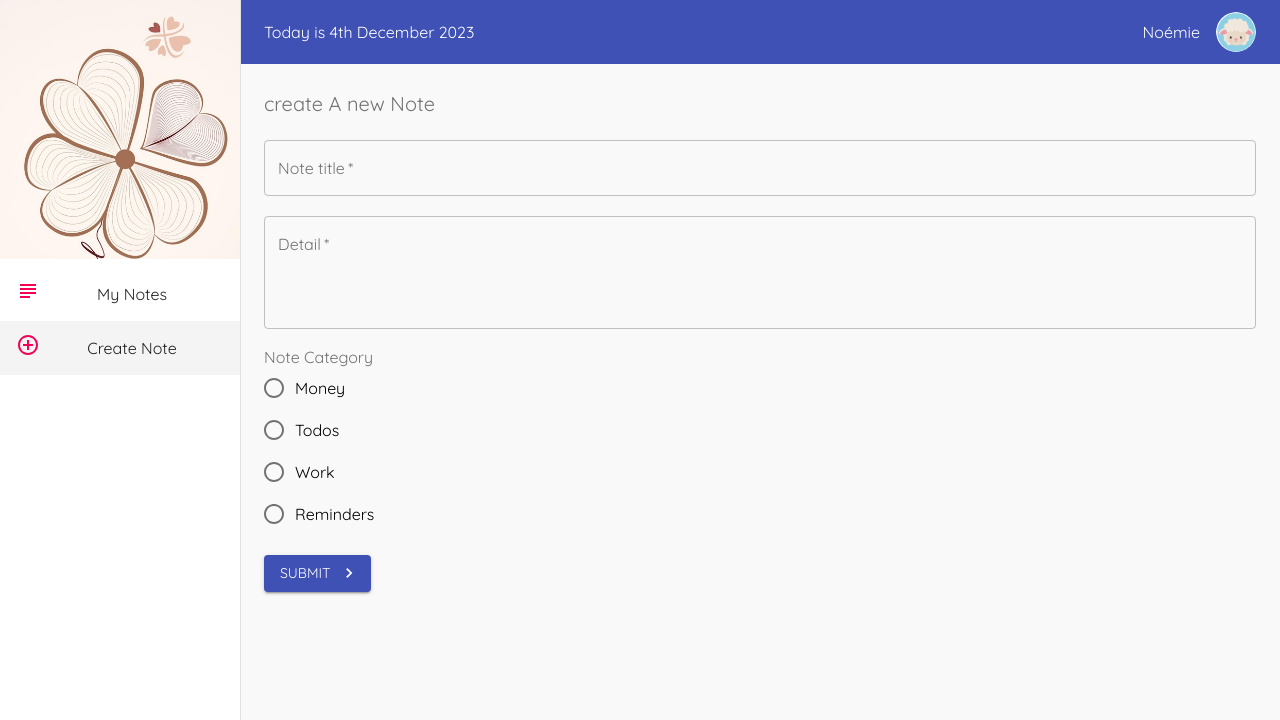
Repository: noemiepham/noemieblognote
Page: /create
The author's editor kept a copy of each file at every save. The page is drawn from the files as they stood at one save, then again after the next save.
The browser window is 1280 px wide. The pictures show the whole page.
The project was rebuilt for these pictures with package versions that can differ from the ones it lists, and the page was loaded fresh each time. Also part of the build but not shown: src/components/NoteCard.js, src/pages/Notes.js.

Above is the page before, as saved 2023-12-08 15:50:31.

### public/index.html
<!DOCTYPE html>
<html lang="en">

<head>
  <meta charset="utf-8" />
  <meta name="viewport" content="width=device-width, initial-scale=1" />
  <meta name="theme-color" content="#000000" />
  <meta name="description" content="Web site created using create-react-app" />

  <link rel="stylesheet" href="https://fonts.googleapis.com/css?family=Roboto:300,400,500,700&display=swap" />
  <title>Material UI</title>
</head>

<body>
  <noscript>You need to enable JavaScript to run this app.</noscript>
  <div id="root"></div>
  <!--
      This HTML file is a template.
      If you open it directly in the browser, you will see an empty page.

      You can add webfonts, meta tags, or analytics to this file.
      The build step will place the bundled scripts into the <body> tag.

      To begin the development, run `npm start` or `yarn start`.
      To create a production bundle, use `npm run build` or `yarn build`.
    -->
</body>

</html>

### src/index.css
@import url('https://fonts.googleapis.com/css2?family=Open+Sans:ital,wght@0,400;1,300&family=Quicksand&display=swap');


body {
     margin: 0;
     -webkit-font-smoothing: antialiased;
     -moz-osx-font-smoothing: grayscale;
     background: #f9f9f9;
}

.my-masonry-grid {
     display: -webkit-box;
     /* Not needed if autoprefixing */
     display: -ms-flexbox;
     /* Not needed if autoprefixing */
     display: flex;
     margin-left: -20px;
     /* gutter size offset */
     width: auto;
}

.my-masonry-grid_column {
     padding-left: 20px;
     /* gutter size */
     background-clip: padding-box;
}

.my-masonry-grid_column>div {
     /* change div to reference your elements you put in <Masonry> */
     margin-bottom: 30px;
}

img {
     width: 100%;
     height: 100%;
     object-fit: cover;
}

### src/App.js
import React from "react";
import { BrowserRouter, Routes, Route } from "react-router-dom";
import Notes from "./pages/Notes";
import Create from "./pages/Create";
import { createTheme, ThemeProvider } from "@material-ui/core";
import Layout from "./pages/Layout";
const theme = createTheme({
  typography: {
    fontFamily: "Quicksand",
    fontWeightLight: 400,
  },
});

function App() {
  return (
    <ThemeProvider theme={theme}>
      <BrowserRouter>
        <Routes>
          <Route path="/" element={<Layout />}>
            <Route path="" element={<Notes />} />
            <Route path="create" element={<Create />} />
            <Route path="edit/:id" element={<Create />} />
          </Route>
        </Routes>
      </BrowserRouter>
    </ThemeProvider>
  );
}

export default App;

### src/pages/Create.js
import { Typography, Button } from "@material-ui/core";
import { KeyboardArrowRight, NoteAddRounded } from "@material-ui/icons";
import { makeStyles } from "@material-ui/core/styles";
import TextField from "@material-ui/core/TextField";
import { useEffect, useState } from "react";
import { useNavigate, useParams } from "react-router-dom";
import format from "date-fns/format/index";

import {
  Radio,
  RadioGroup,
  FormControl,
  FormControlLabel,
  FormLabel,
} from "@material-ui/core";

const useStyles = makeStyles({
  field: {
    marginTop: 20,
    marginBottom: 20,
    display: "block",
  },
});

const Create = () => {
  const classes = useStyles();
  const navigate = useNavigate();
  // const [title, setTitle] = useState("");
  // const [details, setDetails] = useState("");
  // const [category, setCategory] = useState("");
  const [titleError, setTitleError] = useState(false);
  const [detailsError, setDetailsError] = useState(false);
  const [editNote, setEditNote] = useState(false);
  const [noteForm, setNoteForm] = useState({
    id: undefined,
    title: "",
    details: "",
    category: "",
    currentDate: format(new Date(), "do MMMM Y"),
  });
  const params = useParams();

  console.log("=====>", JSON.stringify(params.id));

  useEffect(() => {
    if (params.id) {
      fetch("http://localhost:8000/notes/" + params.id)
        .then((res) => res.json())
        .then((data) =>
          setNoteForm({ ...data, currentDate: format(new Date(), "do MMMM Y") })
        );
      setEditNote(true);
    }
  }, [params]);

  const isValid = (data) => {
    return data.title && data.details && data.category;
  };

  const handleSubmit = (e) => {
    e.preventDefault();

    setDetailsError(false);
    setTitleError(false);

    if (noteForm.title === "") {
      setTitleError(true);
    }
    if (noteForm.details === "") {
      setDetailsError(true);
    }
    console.log(titleError);
    console.log(detailsError);

    if (isValid(noteForm)) {
      let url = editNote
        ? "http://localhost:8000/notes/" + noteForm.id
        : "http://localhost:8000/notes/";

      fetch(url, {
        method: editNote ? "PUT" : "POST",
        headers: { "content-type": "application/json" },
        body: JSON.stringify(noteForm),
      }).then(() => navigate("/"));
    }
  };
  return (
    <div>
      <Typography
        variant="h6"
        component="h2"
        color="textSecondary"
        gutterBottom
      >
        {editNote ? " Modify the note" : "create A new Note"}
      </Typography>
      <form noValidate autoComplete="off" onSubmit={handleSubmit}>
        <TextField
          onChange={(e) => setNoteForm({ ...noteForm, title: e.target.value })}
          className={classes.field}
          label="Note title"
          variant="outlined"
          color="secondary"
          fullWidth
          required
          value={noteForm.title}
          error={titleError}
        />
        <TextField
          onChange={(e) =>
            setNoteForm({ ...noteForm, details: e.target.value })
          }
          className={classes.field}
          label="Detail"
          variant="outlined"
          color="secondary"
          fullWidth
          multiline
          minRows={4}
          required
          value={noteForm.details}
          error={detailsError}
        />
        <FormControl className={classes.field}>
          <FormLabel>Note Category</FormLabel>
          <RadioGroup
            value={noteForm.category}
            onChange={(e) =>
              setNoteForm({ ...noteForm, category: e.target.value })
            }
          >
            <FormControlLabel value="Money" control={<Radio />} label="Money" />
            <FormControlLabel value="Todos" control={<Radio />} label="Todos" />
            <FormControlLabel value="Work" control={<Radio />} label="Work" />
            <FormControlLabel
              value="Reminders"
              control={<Radio />}
              label="Reminders"
            />
          </RadioGroup>
        </FormControl>
        <Button
          type="submit"
          variant="contained"
          color="primary"
          endIcon={<KeyboardArrowRight />}
        >
          Submit
        </Button>
      </form>
    </div>
  );
};

export default Create;

### src/pages/Layout.js
import { Outlet, useLocation, useNavigate } from "react-router-dom";
import { Avatar, Drawer, Typography, makeStyles } from "@material-ui/core";
import List from "@material-ui/core/List";
import ListItem from "@material-ui/core/ListItem";
import ListItemText from "@material-ui/core/ListItemText";
import { AddCircleOutline, SubjectOutlined } from "@material-ui/icons";
import { AppBar, Toolbar } from "@material-ui/core";
import format from "date-fns/format/index";

const drawerWidth = 240;
const useStyles = makeStyles((theme) => {
  return {
    page: {
      background: "#f9f9f9",
      width: "100%",
      padding: theme.spacing(3),
    },
    drawer: {
      width: drawerWidth,
    },
    drawerPaper: {
      width: drawerWidth,
    },
    root: {
      display: "flex",
    },
    active: {
      background: "#f4f4f4",
    },
    title: {
      padding: theme.spacing(3),
    },
    appbar: {
      width: `calc(100% - ${drawerWidth}px)`,
    },
    toolbar: theme.mixins.toolbar,
    date: {
      flexGrow: 1,
    },
    avatar: {
      marginLeft: theme.spacing(2),
    },
  };
});

function Layout() {
  const navigate = useNavigate();
  const location = useLocation();
  const classes = useStyles();
  const menuItems = [
    {
      text: "My Notes",
      icon: <SubjectOutlined color="secondary" />,
      path: "/",
    },
    {
      text: "Create Note",
      icon: <AddCircleOutline color="secondary" />,
      path: "/create",
    },
  ];

  return (
    <div className={classes.root}>
      {/*  App bar */}
      <AppBar className={classes.appbar} elevation={0}>
        <Toolbar>
          <Typography className={classes.date}>
            Today is {format(new Date(), "do MMMM Y")}
          </Typography>
          <Typography>Noémie</Typography>
          <Avatar src="sheep.png" className={classes.avatar} />
        </Toolbar>
      </AppBar>
      {/* side drawer */}
      <Drawer
        className={classes.drawer}
        variant="permanent"
        anchor="left"
        classes={{ paper: classes.drawerPaper }}
      >
        <div>
          <img alt="Remy Sharp" src="logoBlog.jpg" />
        </div>
        <List>
          {menuItems.map((item) => (
            <ListItem
              key={item.text}
              button
              onClick={() => navigate(item.path)}
              className={
                location.pathname === item.path ? classes.active : null
              }
            >
              <ListItemText>{item.icon}</ListItemText>
              <ListItemText primary={item.text} />
            </ListItem>
          ))}
        </List>
      </Drawer>
      <div className={classes.page}>
        <div className={classes.toolbar}></div>
        <Outlet />
      </div>
    </div>
  );
}

export default Layout;

Loaded but not shown: src/index.js (common file)

After the next save:
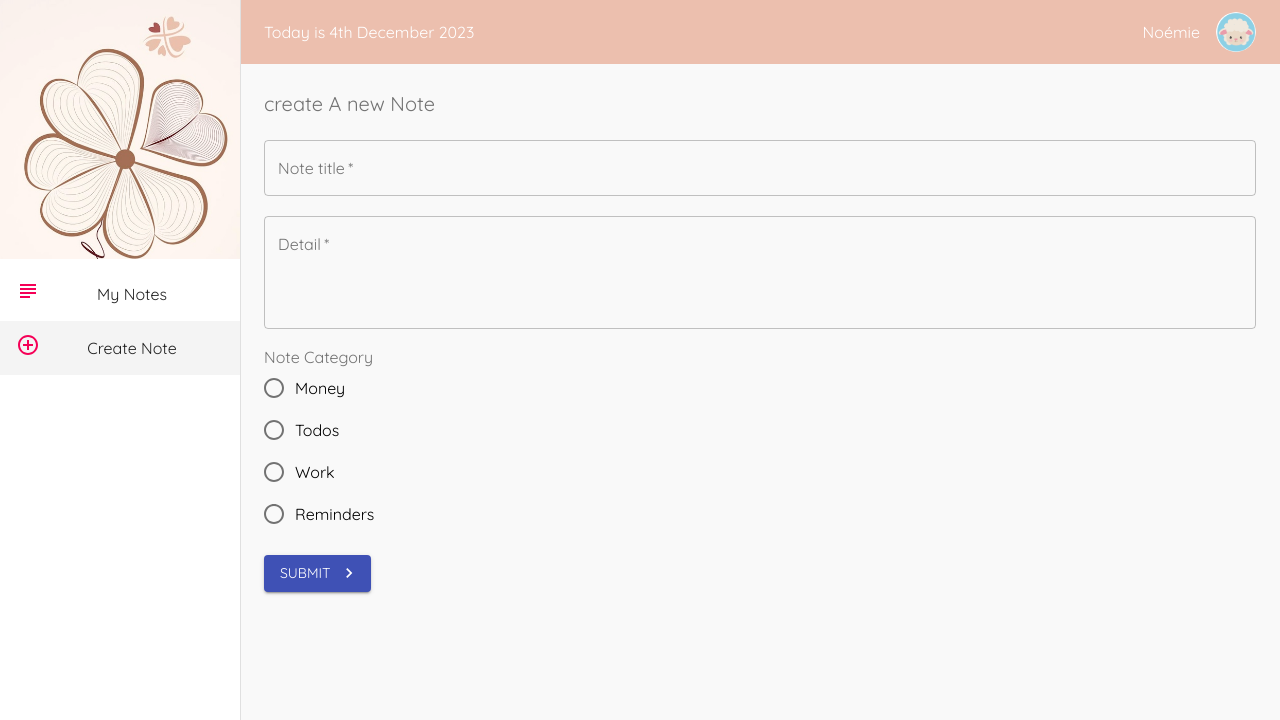
Saved 4 min 11 s later.
--- a/src/index.css
+++ b/src/index.css
@@ -35,3 +35,7 @@ img {
      height: 100%;
      object-fit: cover;
 }
+
+header.MuiPaper-root.MuiAppBar-root.MuiAppBar-positionFixed.MuiAppBar-colorPrimary.makeStyles-appbar-7.mui-fixed.MuiPaper-elevation0 {
+     background-color: #ecbfae;
+}
